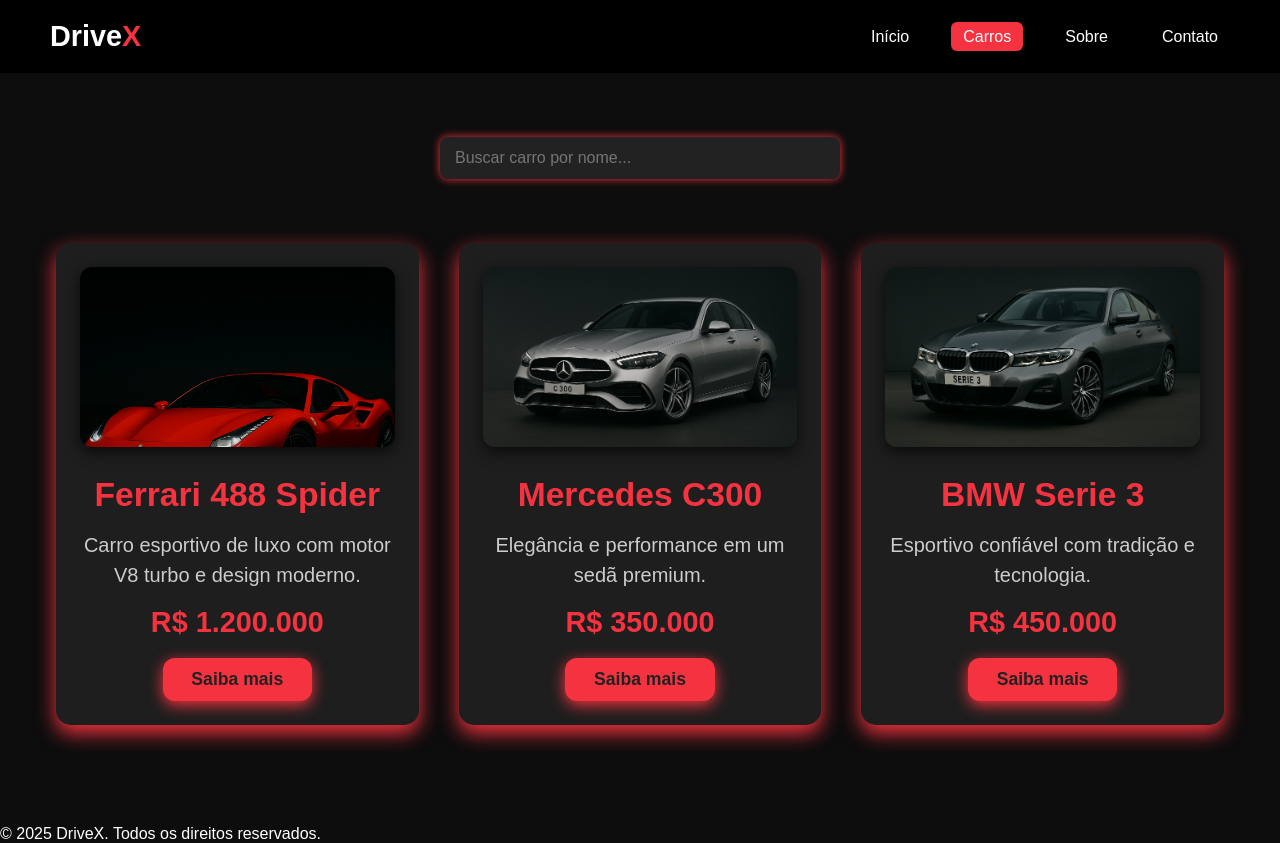
Repository: Mateushlp/DriveX
Page: carros.html
These files come from the project's save history. The page is drawn as it stood at one moment and after the next save; the edit follows.
The browser window is 1280 px wide. The pictures show the whole page.

Above is the page before, as saved 2025-06-24 21:16:37.

### carros.html
<!DOCTYPE html>
<html lang="pt-br">
<head>
  <meta charset="UTF-8" />
  <meta name="viewport" content="width=device-width, initial-scale=1.0" />
  <title>DriveX - Carros Disponíveis</title>
  <link rel="stylesheet" href="carros.css" />
</head>
<body>
  <header>
    <div class="logo">Drive<span>X</span></div>
    <nav>
      <ul>
        <li><a href="index.html">Início</a></li>
        <li><a href="carros.html" class="active">Carros</a></li>
        <li><a href="sobre.html">Sobre</a></li>
        <li><a href="contato.html">Contato</a></li>
      </ul>
    </nav>
  </header>

  <main>
    <section class="filtro" style="text-align:center; margin: 2rem 0;">
      <input type="text" id="filtro-carros" placeholder="Buscar carro por nome..." />
    </section>

    <section class="grid-carro">
      <div class="card-carro">
        <img src="./img/ferrari.png" alt="Ferrari 488 Spider" />
        <h3>Ferrari 488 Spider</h3>
        <p>Carro esportivo de luxo com motor V8 turbo e design moderno.</p>
        <strong>R$ 1.200.000</strong>
        <button class="btn-detalhes" data-modelo="Ferrari 488 Spider">Saiba mais</button>
      </div>
      <div class="card-carro">
        <img src="./img/ChatGPT Image 19 de jun. de 2025, 23_14_08.png" alt="Mercedes C300" />
        <h3>Mercedes C300</h3>
        <p>Elegância e performance em um sedã premium.</p>
        <strong>R$ 350.000</strong>
        <button class="btn-detalhes" data-modelo="Mercedes C300">Saiba mais</button>
      </div>
      <div class="card-carro">
        <img src="./img/serie 3.png" alt="BMW Serie 3" />
        <h3>BMW Serie 3</h3>
        <p>Esportivo confiável com tradição e tecnologia.</p>
        <strong>R$ 450.000</strong>
        <button class="btn-detalhes" data-modelo="BMW Serie 3">Saiba mais</button>
      </div>
      <!-- Adicione mais carros aqui -->
    </section>

    <!-- Modal para detalhes -->
    <div id="modal-detalhes" class="modal">
      <div class="modal-content">
        <span id="fechar-modal" class="fechar"></span>
        <h2 id="titulo-modal"></h2>
        <img id="img-modal" src="" alt="" style="max-width:100%; border-radius: 10px; margin-bottom: 1rem;" />
        <p id="descricao-modal"></p>
        <strong id="preco-modal"></strong>
      </div>
    </div>
  </main>

  <footer>
    <p>&copy; 2025 DriveX. Todos os direitos reservados.</p>
  </footer>

  <script src="carros.js"></script>
</body>
</html>

### carros.css
/* Reset básico */
* {
  margin: 0;
  padding: 0;
  box-sizing: border-box;
}

body {
  font-family: 'Arial', sans-serif;
  background-color: #0d0d0d;
  color: #fff;
  min-height: 100vh;
  flex-direction: column;
}

/* HEADER */
header {
  display: flex;
  justify-content: space-between;
  align-items: center;
  padding: 20px 50px;
  background-color: #000;
}

.logo {
  font-size: 1.8rem;
  font-weight: bold;
  color: #fff;
}

.logo span {
  color: #f53340;
}

nav ul {
  list-style: none;
  display: flex;
  gap: 30px;
}

nav a {
  color: #fff;
  text-decoration: none;
  font-size: 1rem;
  padding: 6px 12px;
  border-radius: 6px;
  transition: background-color 0.3s ease;
}

nav a:hover,
nav a.active {
  background-color: #f53340;
  color: #fff;
}

/* MAIN */
main {
  display: grid;
  grid-template-columns: 2fr;
    padding: 2rem;
    gap: 2rem;
  padding: 2rem 1rem 3rem;
  max-width: 1200px;
  margin: 0 auto;
}

/* Filtro */
.filtro {
  text-align: center;
  margin-bottom: 3rem;
}

.filtro input[type="text"] {
  width: 90%;
  max-width: 400px;
  padding: 12px 15px;
  font-size: 1rem;
  border-radius: 8px;
  border: none;
  outline: none;
  box-shadow: 0 0 8px #f53340;
  background-color: #222;
  color: #fff;
  transition: box-shadow 0.3s ease;
}

.filtro input[type="text"]:focus {
  box-shadow: 0 0 15px #f53340;
}

/* Grid de carros */
.grid-carro {
  display: grid;
  grid-template-columns: repeat(auto-fill, minmax(320px, 1fr));
  gap: 2.5rem;
}
/* Card carro */
.card-carro {
  background: #1e1e1e;
  padding: 1.5rem;
  border-radius: 15px;
  box-shadow: 0 8px 20px #f53340;
  transition: transform 0.3s ease, box-shadow 0.3s ease;
  display: flex;
  flex-direction: column;
  align-items: center;
  height: 100%;
}

.card-carro:hover {
  transform: translateY(-8px);
  box-shadow: 0 12px 35px #f53340;
}

.card-carro img {
  width: 100%;
  max-height: 180px;
  object-fit: cover;
  border-radius: 12px;
  margin-bottom: 1.2rem;
  box-shadow: 0 5px 15px rgba(0,0,0,0.7);
}

.card-carro h3 {
  font-size: 2.1rem;
  color: #f53340;
  margin-top: 0.6rem;
  text-align: center;
}

.card-carro p {
  font-size: 1.25rem;
  line-height: 1.5;
  color: #ccc;
  margin-top: 1rem;
  flex-grow: 1;
  text-align: center;
}

.card-carro strong {
  font-size: 1.8rem;
  color: #f53340;
  margin: 1rem 0 1.2rem 0;
  font-weight: 900;
}

/* Botão Saiba Mais */
.btn-detalhes {
  background-color: #f53340;
  color: #222;
  border: none;
  padding: 0.7rem 1.8rem;
  border-radius: 12px;
  cursor: pointer;
  font-weight: 700;
  font-size: 1.1rem;
  transition: background-color 0.3s ease;
  box-shadow: 0 4px 15px #f53340;

.btn-detalhes:hover {
  background-color: #f53340;
  box-shadow: 0 6px 22px #f53340;
}

/* Modal */
.modal {
  display: none;
  position: fixed;
  z-index: 9999;
  left: 0;
  top: 0;
  width: 100%;
  height: 100%;
  background-color: rgba(18, 18, 18, 0.85);
  justify-content: center;
  align-items: center;
  overflow-y: auto;
  padding: 2rem 1rem;
}

.modal.show {
  display: flex;
}

.modal-content {
  background: #2a2a2a;
  padding: 2.5rem;
  border-radius: 20px;
  max-width: 600px;
  text-align: center;
  box-shadow: 0 10px 40px #f53340;
  color: #fff;
  position: relative;
}

.fechar {
  position: absolute;
  top: 20px;
  right: 25px;
  font-size: 2.6rem;
  cursor: pointer;
  color: #f53340;
  transition: color 0.3s ease;
}

.fechar:hover {
  color: #f53340;
}

/* Footer */
footer {
  background-color: #000;
  text-align: center;
  padding: 15px 0;
  color: #777;
  font-size: 0.9rem;
  margin-top: auto;
}
}

Loaded but not shown: carros.js (no copy from this time; the picture is the same without it)

After the next save:
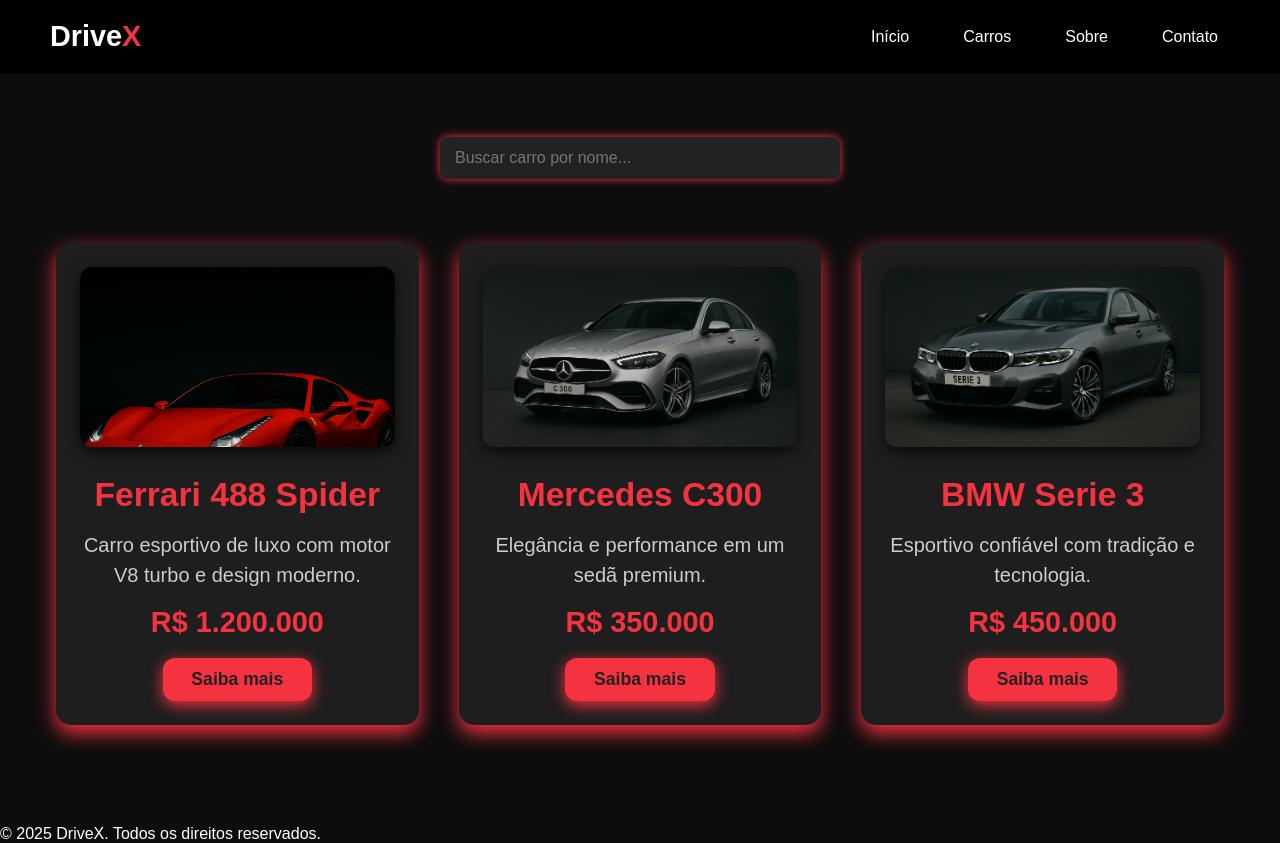
Saved 81 s later.
--- a/carros.html
+++ b/carros.html
@@ -12,7 +12,7 @@
     <nav>
       <ul>
         <li><a href="index.html">Início</a></li>
-        <li><a href="carros.html" class="active">Carros</a></li>
+        <li><a href="carros.html">Carros</a></li>
         <li><a href="sobre.html">Sobre</a></li>
         <li><a href="contato.html">Contato</a></li>
       </ul>

After the 3 saves that followed:
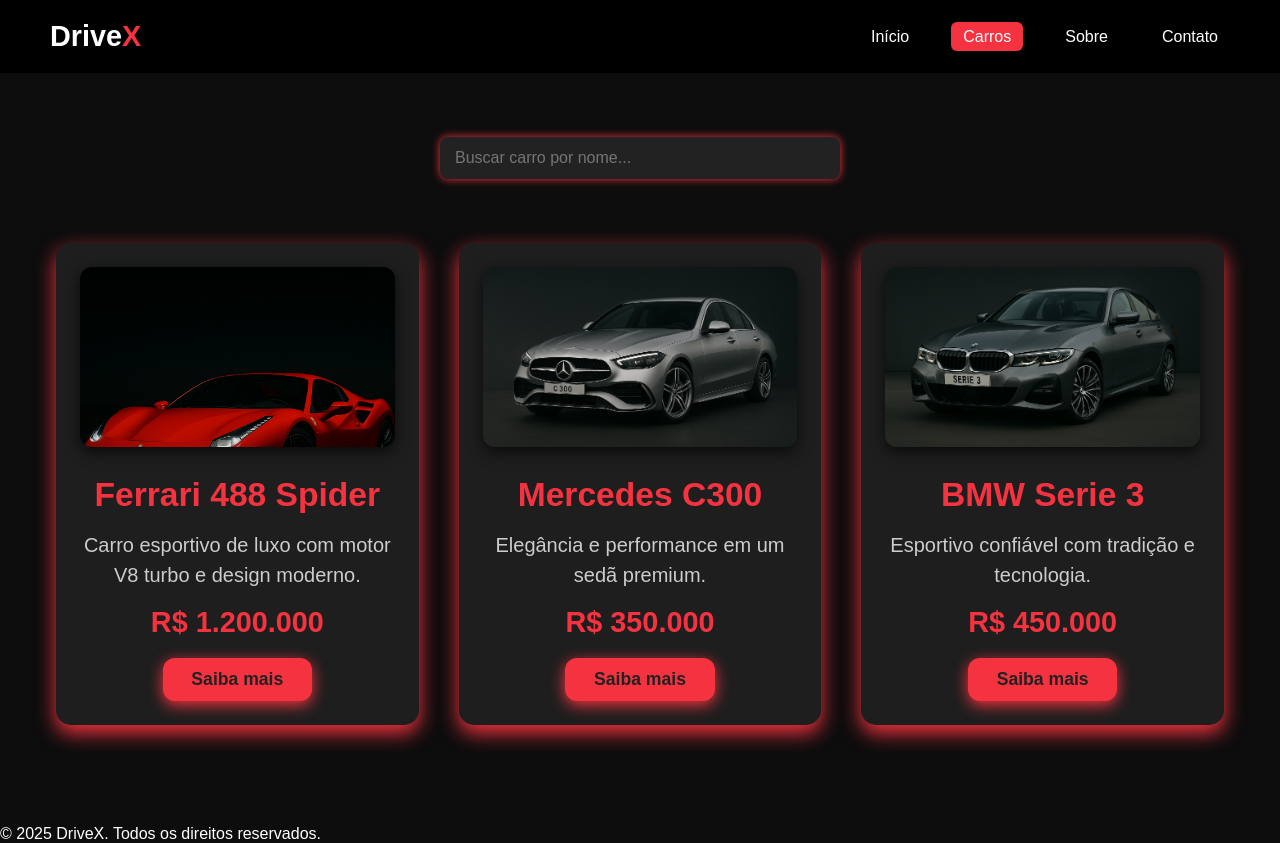
The 3 saves are shown as one change because they came seconds apart.
The last was saved 13 s later.
--- a/carros.html
+++ b/carros.html
@@ -12,7 +12,7 @@
     <nav>
       <ul>
         <li><a href="index.html">Início</a></li>
-        <li><a href="carros.html">Carros</a></li>
+        <li><a href="carros.html" class="active">Carros</a></li>
         <li><a href="sobre.html">Sobre</a></li>
         <li><a href="contato.html">Contato</a></li>
       </ul>
